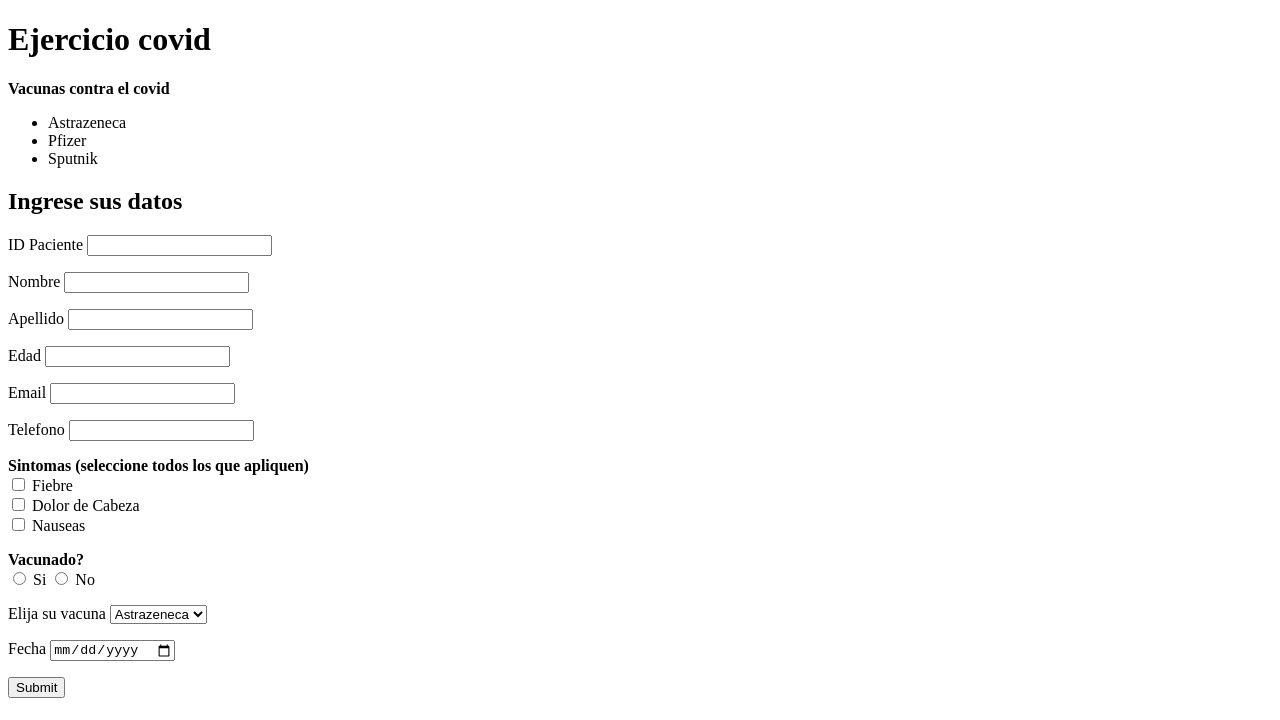
Repository: Divineridh/LPPAChallenges
Page: Trabajos en Clase/ejercicio forms covid/index.html
These files come from the project's save history. The page is drawn as it stood at one moment and after the next save; the edit follows.
The browser window is 1280 px wide. The pictures show the whole page.

Above is the page before, as saved 2022-04-19 21:19:13.

### Trabajos en Clase/ejercicio forms covid/index.html
<!DOCTYPE html>
<html lang="en">
<head>
    <meta charset="UTF-8">
    <meta http-equiv="X-UA-Compatible" content="IE=edge">
    <meta name="viewport" content="width=device-width, initial-scale=1.0">
    <title>Formularios covid</title>
</head>
<body>
    <h1>Ejercicio covid</h1>
    <p><b>Vacunas contra el covid</b>
    <ul name="vacunaslist">
        <li name="vacuna1">Astrazeneca</li>
        <li>Pfizer</li>
        <li>Sputnik</li>
    </ul>
    </p>



    <h2>Ingrese sus datos</h2>
    <form>
        <p>
            <label for="idpaciente">ID Paciente</label>
            <input type="text" id="idpaciente" name="idpaciente"><br>
        </p>
        <p>
            <label for="nombre">Nombre</label>
            <input type="text" id="nombre" name="nombre">
        </p>
        <p>
            <label for="apellido">Apellido</label>
            <input type="text" id="apellido" name="apellido"><br>
        </p>
        <p>
            <label for="edad">Edad</label>
            <input type="text" id="edad" name="edad"><br>
        </p>
        <p>
            <label for="email">Email</label>
            <input type="text" id="email" name="email"><br>
        </p>
        <p>
            <label for="telefono">Telefono</label>
            <input type="text" id="telefono" name="telefono"><br>
        </p>
        <p>
            <b>Sintomas (seleccione todos los que apliquen)</b> <br>
            <input type="checkbox" id="fiebre" name="fiebre">
            <label for="fiebre">Fiebre</label> <br>
            <input type="checkbox" id="dolorcabeza" name="dolorcabeza">
            <label for="dolorcabeza">Dolor de Cabeza</label> <br>
            <input type="checkbox" id="nauseas" name="nauseas">
            <label for="nauseas">Nauseas</label>
        </p>
        <p>
            <b>Vacunado?</b> <br>
            <input type="radio" id="sivacuna" name="sivacuna">
            <label for="sivacuna">Si</label>
            <input type="radio" id="novacuna" name="novacuna">
            <label for="novacuna">No</label>
        </p>
        <p>Elija su vacuna
        <select name="vacunas">
            <option value="vacuna1">Astrazeneca</option>
            <option value="vacuna2">Pfizer</option>
            <option value="vacuna3">Sputnik</option>
        </select>
        <p>
            <label for="fecha">Fecha</label>
            <input type="date" id="fecha" name="fecha">
        </p>
        <div>
            <input type="submit" id="submit" name="submit">
        </div>
    </form>
</body>
</html>

After the next save:
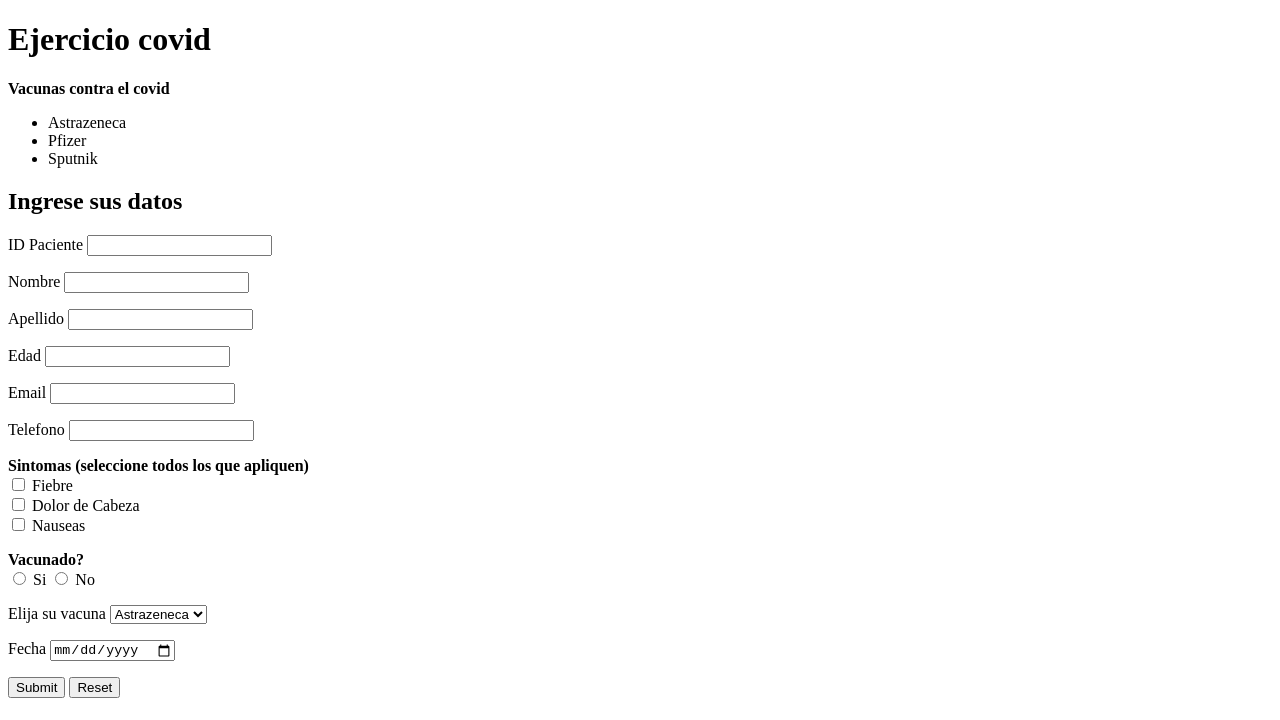
Saved 69 s later.
--- a/Trabajos en Clase/ejercicio forms covid/index.html
+++ b/Trabajos en Clase/ejercicio forms covid/index.html
@@ -72,6 +72,7 @@
         </p>
         <div>
             <input type="submit" id="submit" name="submit">
+            <input type="reset" id="reset" name="reset">
         </div>
     </form>
 </body>
